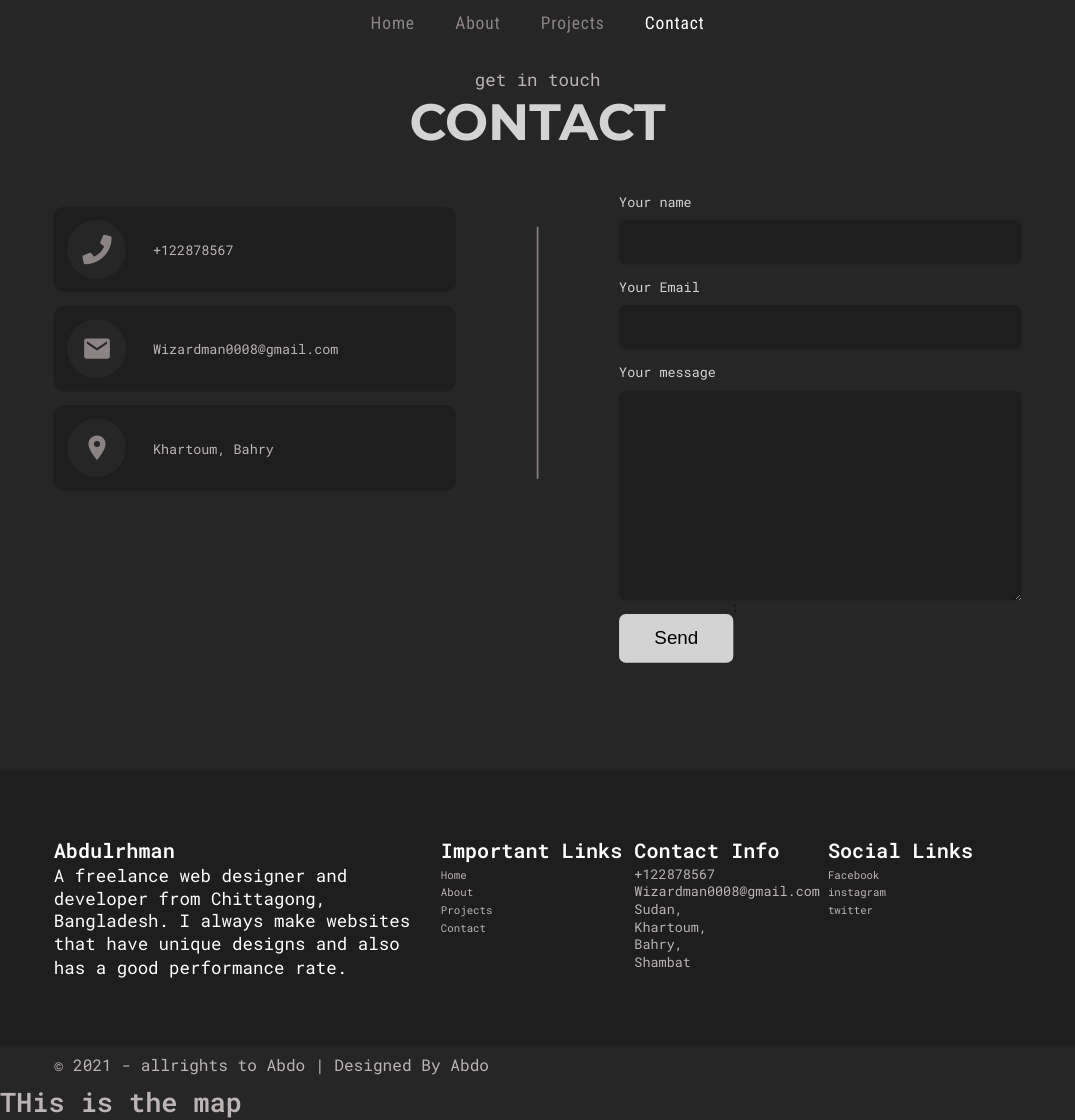
Repository: Abdoulrhman-altyeb/React-Typescript
Page: /contact
An editor plug-in stored every save of this project. The page is shown before and after a run of saves, followed by the edit.
The browser window is 1280 px wide. The pictures show the whole page, at 84% of full size.
The project was rebuilt for these pictures with package versions that can differ from the ones it lists, and the page was loaded fresh each time. Also part of the build but not shown: src/components/ContactButton.tsx, src/components/HeroSection.tsx, src/components/AboutSection.tsx, src/assits/data/Services.ts, src/components/ServiceItems.tsx, src/components/ServicesSection.tsx, src/components/ProjectsSection.tsx, src/Pages/Home.tsx and 2 more.

Above is the page before, as saved 2021-05-20 19:07:33.

### public/index.html
<!DOCTYPE html>
<html lang="en">

<head>
  <meta charset="utf-8" />
  <meta name="viewport" content="width=device-width, initial-scale=1" />
  <meta name="theme-color" content="#000000" />
  <meta name="description" content="IT Guys Community" />
  <link rel="preconnect" href="https://fonts.gstatic.com">
  <link href="https://fonts.googleapis.com/css2?family=Roboto:wght@300;400;500;700&display=swap" rel="stylesheet">
  <link rel="preconnect" href="https://fonts.gstatic.com">
<link href="https://fonts.googleapis.com/css2?family=Montserrat:wght@200;300;400;500;700&display=swap" rel="stylesheet">
<link rel="preconnect" href="https://fonts.gstatic.com">
<link href="https://fonts.googleapis.com/css2?family=Roboto+Mono:wght@200;300;400;500;600&display=swap" rel="stylesheet">
<link rel="preconnect" href="https://fonts.gstatic.com">
<link href="https://fonts.googleapis.com/css2?family=Roboto+Condensed:wght@400;700&display=swap" rel="stylesheet">
  <title>App Lab</title>
</head>

<body>
  <noscript>You need to enable JavaScript to run this app.</noscript>
  <div id="root"></div>
</body>

</html>

### src/index.tsx
import ReactDOM from "react-dom";
import App from "./App";
import './assits/styles/style.css'

ReactDOM.render(<App/>,document.getElementById("root"));

### src/App.tsx
import React from "react";
import NavBar from './components/NavBar';
import { BrowserRouter as Router, Route, Switch } from 'react-router-dom'
import Home from "./Pages/Home";
import Contact from "./Pages/Contact";
import About from "./Pages/About";
import Projects from "./Pages/Projects";


const App: React.FC = () => {



  return (
    <>
      <Router>
        <NavBar />
        <Switch>
          <Route  path='/' exact>
            <Home />
          </Route>
          <Route path="/contact">
            <Contact />
          </Route>
          <Route path='/about'>
            <About />
          </Route>
          <Route path='/projects'>
              <Projects/>
          </Route>
        </Switch>
      </Router>
    </>
  )
}

export default App;

### src/assits/styles/style.css
* {
    padding:0;
    margin:0;
    box-sizing:border-box;
    scroll-behavior: auto;
}

body {
    background:#262626;
    color:white;
    font-family: 'Roboto Mono', monospace;
}
::-webkit-scrollbar-track {
    background: #1E1E1E;
}
::-webkit-scrollbar {
    width: 8px;
}
::-webkit-scrollbar-thumb {
    background: #888;
    border-radius: 20px;
}




img,svg{
    width: 100%;
    height:100%;
    object-fit: cover;
}
.container {
    width:90%;
    max-width:1200px;
    margin: 0 auto;
}

.hero__img {
    height:600px;
}
ul {
    list-style: none;
}
p, h1, span,h3,a {
    color:#BCB4B4
}
a {
    text-decoration: none;
    font-size:0.8rem;
}

### src/components/NavBar.tsx
import React,{useState} from 'react';
import styled from 'styled-components';
import { NavLink } from 'react-router-dom';
import { BiMenu, BiX } from 'react-icons/bi';


const NavBar: React.FC = () => {

    const [isActive, setIsActive] = useState<boolean>(false);

    return (
        <NavBarContainer>
            <div className="hamburgerMenu"
                onClick={() => setIsActive(!isActive)}
                role='button'
                tabIndex={0}
                onKeyDown={() => setIsActive(!isActive)}
            >
                <BiMenu/>
            </div>
            <ul className={isActive ? 'ListItems' : 'ListItems hide-items'}>
                <div className='closeMenu'
                    onClick={() => setIsActive(!isActive)}
                    role='button'
                    tabIndex={0}
                    onKeyDown={() => setIsActive(!isActive)}
                >
                    <BiX/>
                </div>
                <li>
                    <NavLink to='/' exact>
                     Home
                    </NavLink>
                </li>
                <li>
                    <NavLink to="/about">
                        About
                    </NavLink>
                </li>
                <li>
                    <NavLink to='projects'>
                        Projects
                    </NavLink>
                </li>
                <li>
                    <NavLink to='contact'>
                        Contact
                    </NavLink>
                </li>
            </ul>
        </NavBarContainer>
    )
}

const NavBarContainer = styled.nav`
    position: fixed;
    z-index:100;
    top:0;
    left:0;
    background-color:#262626;
    font-family: 'Roboto Condensed', sans-serif;
    width:100%;
    ul {
        width:90%;
        max-width:1200px;
        justify-content:center;
        text-align:center;
        margin:0 auto;
        border-radius:12px;
    }
    li {
        display:inline-block;
        cursor:pointer;
    }
    a {
        display:inline-block;
        padding:1rem 1.5rem;
        font-size:1.3rem;
        color:#8c8484;
        letter-spacing: 1px;
        transition:0.3s ease color;
        /* &:hover {
            color:#726f6f;
        } */
    }
    .active {
        color:white;
    }

    .hamburgerMenu {
        font-size:2rem;
        position:absolute;
        top:1rem;
        right:1rem;
        color:white;
        display:none;
        * {
            pointer-events:none;
        }
    }
    .closeMenu{
        display:none;
    }
    @media only screen and (max-width:768px) {
        .hide-items{
            transform: translateY(calc(-100% - 1rem))
        }
        .hamburgerMenu{
            display:block;
        }
        .ListItems {
            width:80%;
            max-width:230px;
            position:absolute;
            top:1rem;
            right:1rem;
            background:#1E1E1E;
            padding:1rem;
            transition: 0.3s ease transform;

            .closeMenu {
                color:white;
                font-size:1.5rem;
                width:1rem;
                margin: 0 0 0 auto;
                cursor: pointer;
                display:block;
                *{
                    pointer-events:none;
                }
            }
        }
        li {
            display:block;
            margin-bottom:1rem;
        }
        a {
            /* padding:1rem; */
            padding:0.2rem;
            outline:none;
        }
    }
`;



export default NavBar;

### src/Pages/Contact.tsx
import React from 'react';
import ContactSection from '../components/ContactSecion';
import FooterSection from '../components/FooterSection';
import Map from '../components/Map';

const Contact: React.FC = () => {
    return (
        <>
            <ContactSection/>
            <FooterSection />
            <Map/>
        </>
    )
}

export default Contact;

### src/components/FooterSection.tsx
import React from 'react';
import styled from 'styled-components';
import PaText from './PaText';
import { Link } from 'react-router-dom';

const FooterSection: React.FC = () => {
    return (
        <>
            <StyledDiv>
                <div className="container">
                    <div className="info">
                        <h2>Abdulrhman</h2>
                        <PaText>
                            A freelance web designer and developer from Chittagong,
                            Bangladesh. I always make websites that have unique designs
                            and also has a good performance rate.
                        </PaText>
                    </div>
                    <div className="pages">
                        <h2>Important Links</h2>
                        <ul>
                            <li>
                                <Link to="/">Home</Link>
                            </li>
                            <li>
                                <Link to="/">About</Link>
                            </li>
                            <li>
                                <Link to="/">Projects</Link>
                            </li>
                            <li>
                                <Link to="/">Contact</Link>
                            </li>
                        </ul>
                    </div>
                    <div className="contact_info">
                        <h2>Contact Info</h2>
                        <ul>
                            <li><p>+122878567</p></li>
                            <li><p>Wizardman0008@gmail.com</p></li>
                            <li><p>Sudan,<br></br>Khartoum,<br></br>Bahry,<br></br>Shambat</p></li>
                        </ul>
                    </div>
                    <div className="social_Links">
                        <h2>Social Links</h2>
                        <ul>
                            <li><a href="https://facebook.com" rel='noreferrer'>Facebook</a></li>
                        </ul>
                        <ul>
                            <li><a href="https://instagram.com" rel='noreferrer'>instagram</a></li>
                        </ul>
                        <ul>
                            <li><a href="https://twitter.com" rel='noreferrer'>twitter</a></li>
                        </ul>
                    </div>
                </div>
            </StyledDiv>
            <StyledCopyright>
                <div className="container">
                    <p>© 2021 - allrights to Abdo  | Designed By Abdo</p>
                </div>
            </StyledCopyright>
        </>

    )
}

const StyledDiv = styled.div`
    background:#1E1E1E;
    padding:5rem 0 ;
    .container{
        display:flex;
    }
    .info{
        flex:2;
    }
    .contact_info,
    .pages,
    .social_Links{
        flex:1;
    }
    @media only screen and (max-width:768px) {
        .container{
            flex-direction:column;
        }
    }
`;
const StyledCopyright = styled.div`
    background:#262626;
    padding:10px 0;
    p{
        font-size:1.2rem;
    }

    @media only screen and (max-width:768px) {
        p{
            font-size:0.9rem;
            width:100%;
        }
    }
`;

export default FooterSection

### src/components/ContactSecion.tsx
import React from 'react';
import styled from 'styled-components';
import SectionsTitle from './SectionsTitle';
import { FaPhone } from 'react-icons/fa';
import { IoMdMail } from 'react-icons/io';
import {MdLocationOn} from 'react-icons/md'
import Button from './Button';

const ContactSection: React.FC = () => {
    return (
        <StyledDiv>
            <div className="container">
                <SectionsTitle title='contact' semiTitle='get in touch' />
                <div className="contact-me">
                    <div className="contact-info">
                        <div className="phone">
                            <div className="icon">
                                <FaPhone/>
                            </div>
                            <span> +122878567</span>
                        </div>
                        <div className="mail">
                            <div className="icon">
                                <IoMdMail/>
                            </div>
                            <span>Wizardman0008@gmail.com</span>
                        </div>
                        <div className="location">
                            <div className="icon">
                                <MdLocationOn/>
                            </div>
                            <span>Khartoum, Bahry</span>
                        </div>
                    </div>
                    <div className="linebetween"></div>
                    <form className='form-contact'>
                        <label htmlFor="name">Your name</label>
                        <input className='name' type="text" id='name' />
                        <label htmlFor="email">Your Email</label>
                        <input type="email" id="email" />
                        <label htmlFor="message">Your message</label>
                        <textarea id="message"></textarea>
                        <button type='submit' className='btn'>
                                <Button btnLink='/'  outline={false} btnText='Send'/>;
                        </button>
                    </form>
                </div>
            </div>
        </StyledDiv>
    )
}
const StyledDiv = styled.div`
    padding:5rem 0;
    text-align: center;
    .container{
        display: flex;
        flex-direction:column;
    }
    .title{
        p{
            font-size:1.3rem;
        }
        h2{
            font-size:3.8rem;
            margin-top:0;
        }
    }
    .contact-me{
        padding:3rem 0;
        display: flex;
        gap:6rem;
    }
    .contact-info{
        flex:1;
    }
    .phone,
    .mail,
    .location{
        width:100%;
        background:#1E1E1E;
        margin-top:1rem;
        padding:1rem;
        border-radius:12px;
        display: flex;
        align-items: center;
    }
    .icon{
        width:70px;
        height:70px;
        border-radius: 50%;
        display: flex;
        justify-content: center;
        align-items:center;
        margin-right:2rem;
        background:#262626;
    }
    .icon svg{
        width:50%;
        fill: #8c8484;
    }
    .linebetween{
        width:2px;
        height:300px;
        background:#8c8484;
        margin-top:2.5rem;
    }

    .form-contact{
        flex:1;
        display: flex;
        flex-direction:column;
        text-align:left;
    }
    .form-contact input, textarea{
        padding:1rem;
        background:#1E1E1E;
        border:none;
        border-radius:8px;
    }
    .form-contact textarea {
        height:250px;
        resize: vertical;
    }
    .form-contact label{
        margin-bottom:0.7rem;
        color:lightgray;
    }
    .form-contact input{
        margin-bottom:1rem;
        outline:none;
        color:#8c8484;
        font-size:1.1rem;
    }
    .btn{
        background:transparent;
        outline:none;
        border:none;
        pointer-events: none;
        display: flex;
        justify-content: flex-start;
        *{
            pointer-events: all;
        }
    }
    @media only screen and (max-width:768px) {
        .title{
            p{
                font-size:0.9rem;
            }
            h2{
                font-size:2.5rem;
                margin-top:0;
            }
        }
        .contact-me{
            flex-direction:column;
        }
        .linebetween{
            display: none;
        }
    }
`;

export default ContactSection;

### src/components/Map.tsx
import React from 'react';

const Map: React.FC = () => {
    return (
        <div>
            <h1>THis     is the map</h1>
        </div>
    )
}

export default Map;

### src/components/Button.tsx
import React from 'react';
import { Link } from 'react-router-dom';
import styled from 'styled-components'


const Button:React.FC<ButtonProps> = ({btnLink,btnText,outline}) => {
    return (
        <BTNSTYLE className='btn'>
            <Link className='button' to={btnLink} style={{ background: outline ? 'transparent' : 'lightgray', color: outline? 'lightgray': 'black' }}>{btnText}</Link>
        </BTNSTYLE>
    )
}


const BTNSTYLE = styled.div`
    margin-top:1rem;
    .button{
        background:lightgray;
        padding:0.9rem 2.5rem;
        color:black;
        border-radius:8px;
        border:2px solid lightgray;
        cursor:pointer;
        display:inline-block;
        font-size:1.4rem;
    }
    @media only screen and (max-width:768px) {
        .button{
            font-size:1.2rem;
        }
    }
`;

export default Button

### src/components/PaText.tsx
import styled from 'styled-components'

const PaText: React.FC = ({children}) => {

    return (
        <TextContainer className='par'>
            {children}
        </TextContainer>
    )
}

const TextContainer = styled.div`
    max-width:500px;
    margin:0 auto;
    line-height:1.3em;
    font-family: 'Roboto Mono', monospace;
    font-size:1.3rem;
    @media only screen and (max-width:768px) {
        font-size:1.1rem;
    }
`;

export default PaText

### src/components/SectionsTitle.tsx
import React from 'react';
import styled from 'styled-components';

const SectionsTitle:React.FC<SectionTitle> = ({title,semiTitle}) => {
    return (
        <StyledSectionTitle className='title'>
            <p>{semiTitle}</p>
            <h2>{title}</h2>
        </StyledSectionTitle>
    )
}

const StyledSectionTitle = styled.div`
    P{
        font-size:1.5rem;
    }
    h2{
        font-size:3.8rem;
        font-family: 'Montserrat', sans-serif;
        text-transform:uppercase;
        margin-top:0.7rem;
        color:lightgray;
    }
    @media only screen and (max-width:768px){
        p{
            font-size:1rem;
        }
        h2{
            font-size:2rem;

        }
    }
`;

export default SectionsTitle;

After the next 2 saves:
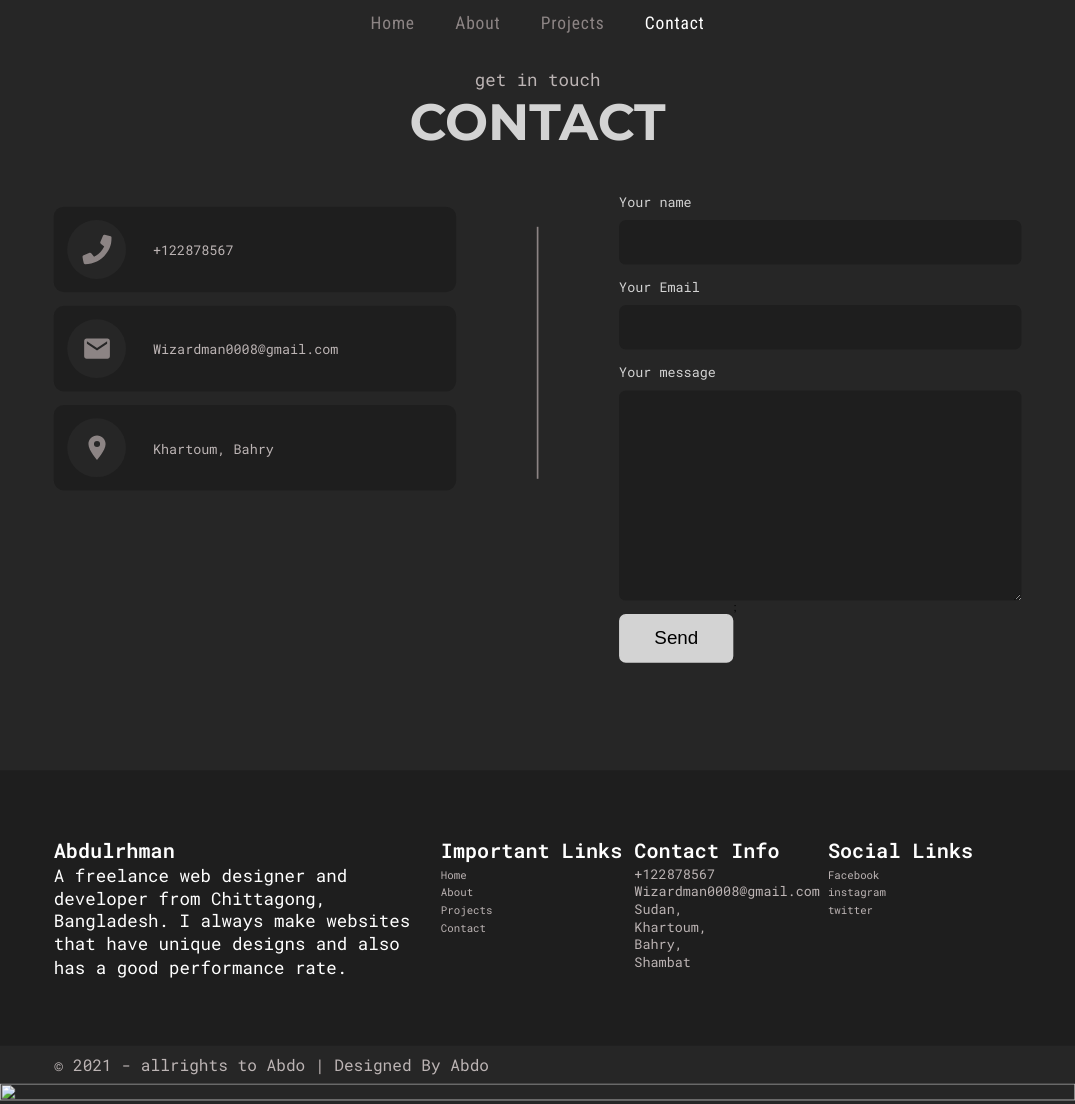
The 2 saves are shown as one change because they came seconds apart.
The last was saved 2 min 23 s later.
--- a/src/components/Map.tsx
+++ b/src/components/Map.tsx
@@ -1,9 +1,9 @@
 import React from 'react';
-
+import map from '../assits/images/Capture.PNG'
 const Map: React.FC = () => {
     return (
         <div>
-            <h1>THis     is the map</h1>
+            <img src="" alt="" />
         </div>
     )
 }
